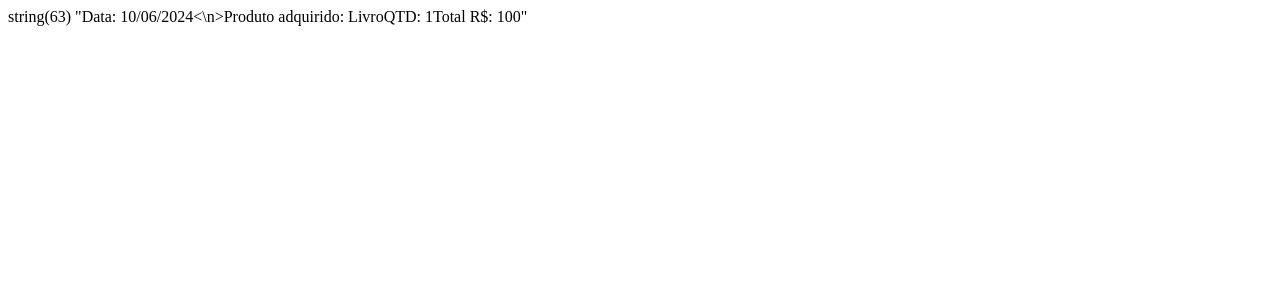
Repository: DiegoCamaraDev/exercicioPhp
Page: http://localhost/vendas.php
The author's editor kept a copy of each file at every save. The page is drawn from the files as they stood at one save, then again after the next save.
The browser window is 1280 px wide. The pictures show the whole page.
The page is run by PHP 8.4 with error messages shown; the project is at /var/www/html/.

Above is the page before, as saved 2024-06-10 15:14:52.

After the next save:
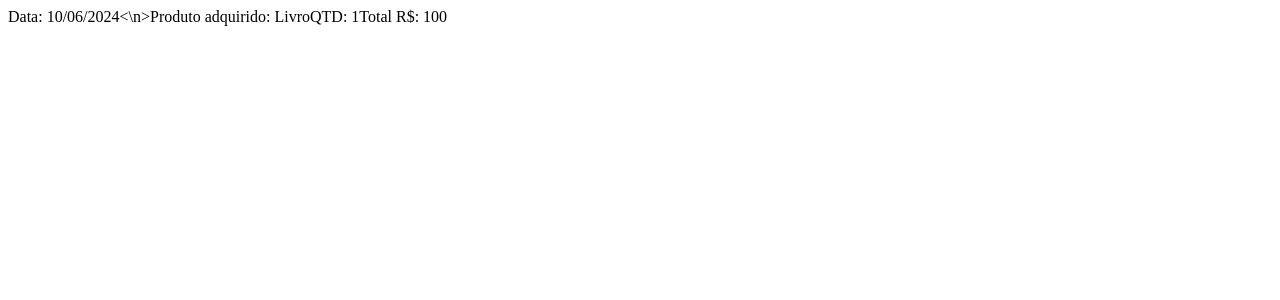
Saved 19 s later.
--- a/vendas.php
+++ b/vendas.php
@@ -31,6 +31,6 @@ $produtoVendido = new Venda(
     100.00
 );
 
-var_dump($produtoVendido->informacaoVenda());
+echo ($produtoVendido->informacaoVenda());
 
 ?>
